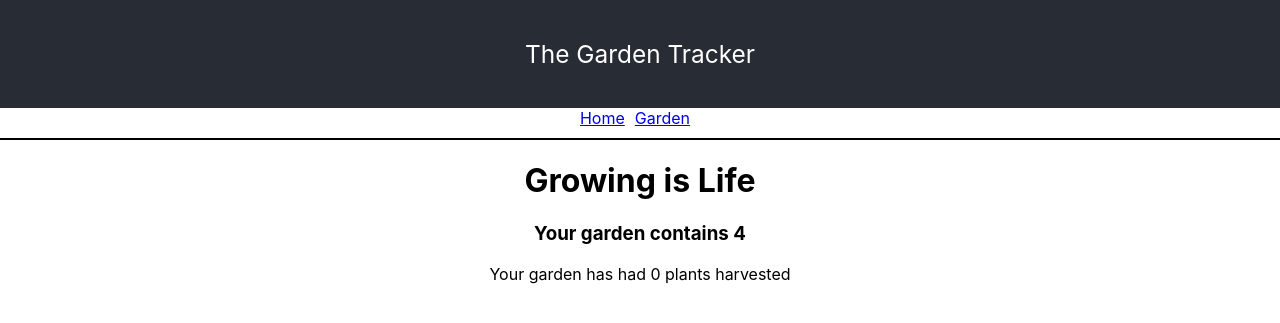
Repository: charliejp0311/gardentracker
Page: /
These files come from the project's save history. The page is drawn as it stood at one moment and after the next save; the edit follows.
The browser window is 1280 px wide. The pictures show the whole page.
The project was rebuilt for these pictures with package versions that can differ from the ones it lists, and the page was loaded fresh each time. Also part of the build but not shown: src/components/CreatePlant.js, src/components/Plant.js, src/components/plantList.js, src/components/Harvest.js, src/components/Garden.js.

Above is the page before, as saved 2020-10-30 09:02:17.

### public/index.html
<!DOCTYPE html>
<html lang="en">
  <head>
    <meta charset="utf-8" />
    <link rel="icon" href="%PUBLIC_URL%/sun-svgrepo-com.svg" />
    <meta name="viewport" content="width=device-width, initial-scale=1" />
    <meta name="theme-color" content="#000000" />
    <meta
      name="description"
      content="Web site created using create-react-app"
    />
    <link rel="apple-touch-icon" href="%PUBLIC_URL%/logo192.png" />
    <!--
      manifest.json provides metadata used when your web app is installed on a
      user's mobile device or desktop. See https://developers.google.com/web/fundamentals/web-app-manifest/
    -->
    <link rel="manifest" href="%PUBLIC_URL%/manifest.json" />
    <!--
      Notice the use of %PUBLIC_URL% in the tags above.
      It will be replaced with the URL of the `public` folder during the build.
      Only files inside the `public` folder can be referenced from the HTML.

      Unlike "/favicon.ico" or "favicon.ico", "%PUBLIC_URL%/favicon.ico" will
      work correctly both with client-side routing and a non-root public URL.
      Learn how to configure a non-root public URL by running `npm run build`.
    -->
    <title>Track Your Garden</title>
  </head>
  <body>
    <noscript>You need to enable JavaScript to run this app.</noscript>
    <div id="root"></div>
    <!--
      This HTML file is a template.
      If you open it directly in the browser, you will see an empty page.

      You can add webfonts, meta tags, or analytics to this file.
      The build step will place the bundled scripts into the <body> tag.

      To begin the development, run `npm start` or `yarn start`.
      To create a production bundle, use `npm run build` or `yarn build`.
    -->
  </body>
</html>

### src/index.js
import React from 'react';
import ReactDOM from 'react-dom';
import './index.css';
import App from './App';
// import reportWebVitals from './reportWebVitals';
import reducer from './reducers/index'
import { Provider } from  'react-redux';
import { applyMiddleware, createStore } from 'redux';
// import thunk from 'redux-thunk';

let store = createStore(reducer, window.__REDUX_DEVTOOLS_EXTENSION__ && window.__REDUX_DEVTOOLS_EXTENSION__())

ReactDOM.render(
  <Provider store={store}>
    <App />
  </Provider>,
  document.getElementById('root')
);

// If you want to start measuring performance in your app, pass a function
// to log results (for example: reportWebVitals(console.log))
// or send to an analytics endpoint. Learn more: https://bit.ly/CRA-vitals
// reportWebVitals();

### src/App.js
import './App.css';
import CreateGarden from './components/GardenHome'
import {BrowserRouter as Router, Route} from 'react-router-dom';
import NavBar from './components/Navbar';
import Garden from './components/Garden'

function App() {
  return (
    <div className="App">
      <header className="App-header">
        The Garden Tracker
      </header>
      <Router >
        {/* replace with a fetch garden or send fetch garden to create garden add router? */}
        <div>
        <NavBar />
        <Route path='/' render={routerProps=><CreateGarden {...routerProps} /> }/> {/* Home page what do welcome page shows gardens last event logged to the notes shows plant count shows harvest count */}
        <Route path='/garden' render={ routerProps=> <Garden {...routerProps} />}/> {/* Garden page this will show a list of the current plants and allow you to add more plants */}
        <Route /> {/* Harvest page shows a list of harvested plants this is not editable stands as a living record of your garden*/}
        <Route /> {/* Plant page shows the plant and a form to add notes to the plant has pre-determined buttons that  add a templated event to the plant tracker notes*/}
        </div>
      </Router>
    </div>
  );
}

export default App;

### src/reducers/index.js
import { combineReducers } from 'redux';
import garden from './GardenReducer'

export default combineReducers({
    garden
})

### src/App.css
.App {
  text-align: center;
}

.App-logo {
  height: 40vmin;
  pointer-events: none;
}

@media (prefers-reduced-motion: no-preference) {
  .App-logo {
    animation: App-logo-spin infinite 20s linear;
  }
}

.App-header {
  background-color: #282c34;
  min-height: 15vh;
  display: flex;
  flex-direction: column;
  align-items: center;
  justify-content: center;
  font-size: calc(10px + 2vmin);
  color: white;
}

.App-link {
  color: #61dafb;
}

.garden {
  display: grid;
  grid-template-columns: 1fr;
  grid-template-rows: auto;
  grid-gap: 25px;
  padding-top: 10px;
  padding-bottom: 30px;
}

/* .plant {
  height: auto;
  width: auto;
  box-shadow: 10px 10px grey;
  padding: 10px;
  border-radius: 10px;
} */

@keyframes App-logo-spin {
  from {
    transform: rotate(0deg);
  }
  to {
    transform: rotate(360deg);
  }
}

### src/components/GardenHome.js
import React, {Component} from 'react';
import { connect } from "react-redux";
// import Garden from './Garden';


class CreateGarden extends Component{

    render(){
        return(
            <div>
                <h1>Growing is Life</h1>
                <h3>Your garden contains {this.props.garden.plants.length}</h3>
                <p>Your garden has had {this.props.garden.harvest.length} plants harvested</p>
                {/* <Garden /> */}
            </div>
        )
    };
};

const mapStateToProps = state => {
    return{
        garden: state.garden
    }
}

export default connect(mapStateToProps)(CreateGarden);

### src/components/Navbar.js
import React from 'react';
import { NavLink } from 'react-router-dom';

const NavBar = () => {
  return (
    <div style={{ borderBottom: '2px solid black', paddingBottom: '10px', marginBottom: '12px' }}>
      <NavLink
        style={{ marginRight: '10px' }}
        to="/"
      >
        Home
      </NavLink>
      <NavLink
        style={{ marginRight: '10px' }}
        to="/garden"
      >
        Garden
      </NavLink>
    </div>
  );
}

export default NavBar;

### src/reducers/GardenReducer.js
export default function garden (state = {
    plants: [{name: 'Tomato'},{name: 'Kamote'},{name: 'Jalapeno'},{name: 'Cucumber'}],
    harvest: [],
    notes: []
},action){
    // console.log(action)
    switch (action.type) {
        case 'ADD_PLANT':
            return {
                ...state,
                plants: state.plants.concat({name: action.plant.name})
            };

        case 'HARVEST_PLANT':
            let p = state.plants.filter(plant=>plant.name===action.plant.name) ;
            let inTheGarden = state.plants.filter(plant=>plant.name!==action.plant.name);
            return{
                ...state,
                plants: inTheGarden,
                harvest: state.harvest.concat(p)
            };

        default:
            return state;
    }
};

Loaded but not shown: src/index.css (common file)

After the next save:
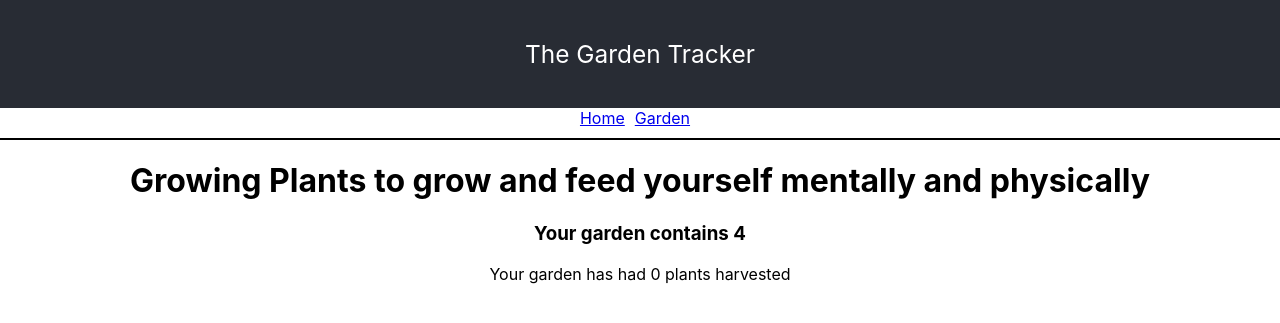
Saved 77 s later.
--- a/src/components/GardenHome.js
+++ b/src/components/GardenHome.js
@@ -8,7 +8,7 @@ class CreateGarden extends Component{
     render(){
         return(
             <div>
-                <h1>Growing is Life</h1>
+                <h1>Growing Plants to grow and feed yourself mentally and physically</h1>
                 <h3>Your garden contains {this.props.garden.plants.length}</h3>
                 <p>Your garden has had {this.props.garden.harvest.length} plants harvested</p>
                 {/* <Garden /> */}
